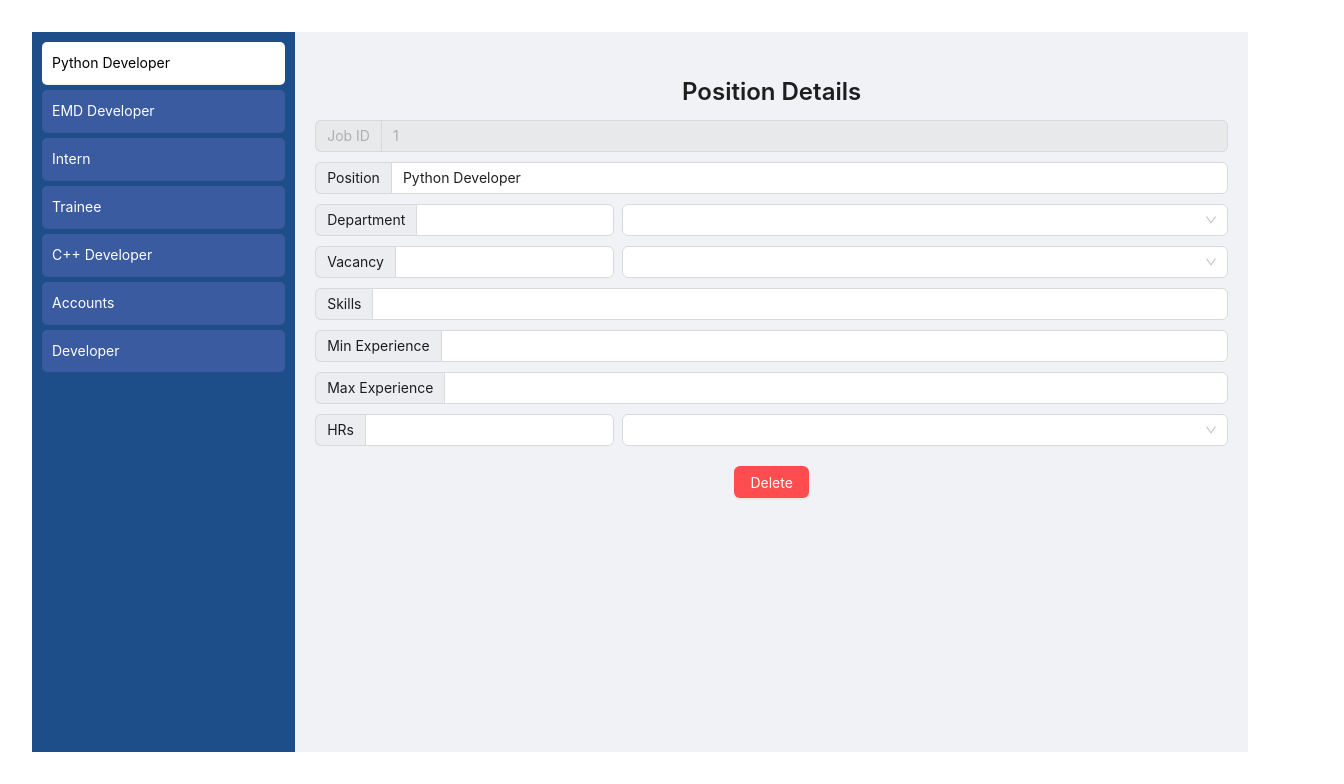
Repository: Moqueed/Delta_Iot
Page: /admin-dashboard/active-positions (app in client/), after clicking the first element matching `li.ant-list-item`
These files come from the project's save history. The page is drawn as it stood at one moment and after the next save; the edit follows.
The browser window is 1280 px wide. The page is 1280 px wide, then 1344 px, so the pictures cover 1344 px, including what lies to the right of the window. The pictures show the whole page.
The project was rebuilt for these pictures with package versions that can differ from the ones it lists, and the page was loaded fresh each time. Also part of the build but not shown: client/vite.config.js, client/src/api/users.js, client/src/pages/Register/index.jsx, client/src/pages/Login/index.jsx, client/src/components/ProtectedRoute.jsx, client/src/pages/HR/HRDashboard.jsx, client/src/pages/Admin/AdminDashboard.jsx, client/src/pages/HR/TotalDataPage.jsx.

Above is the page before, as saved 2025-03-14 15:08:03.

After the next save:
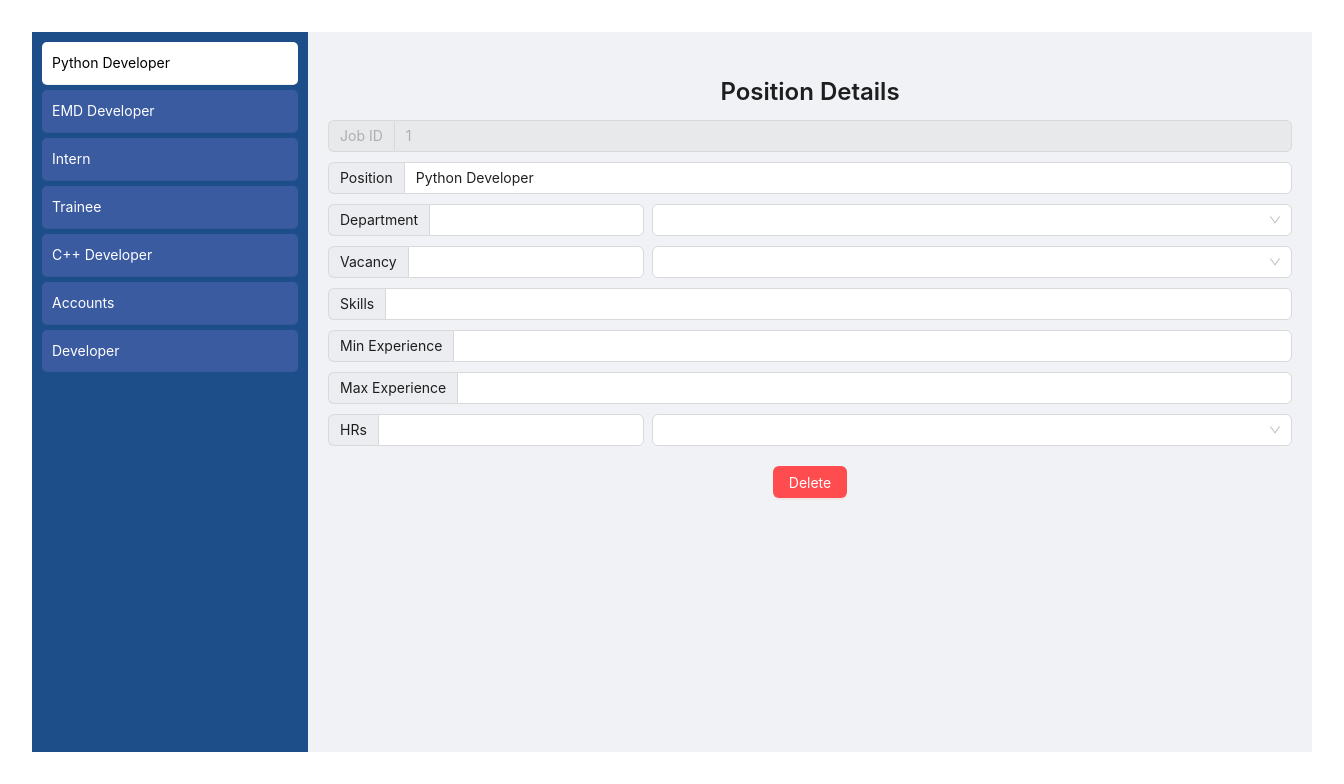
Saved 9 min 38 s later.
--- a/client/src/pages/Admin/ActivePositions.jsx
+++ b/client/src/pages/Admin/ActivePositions.jsx
@@ -28,7 +28,7 @@ const ActivePositions = () => {
   };
 
   return (
-    <div style={{ display: "flex", height: "100vh" }}>
+    <div style={{ display: "flex", height: "100vh", width: "100vw" }}>
       {/* Left side: Positions list */}
       <div style={{ width: "20%", backgroundColor: "#1D4E89", padding: "10px" }}>
         <List
